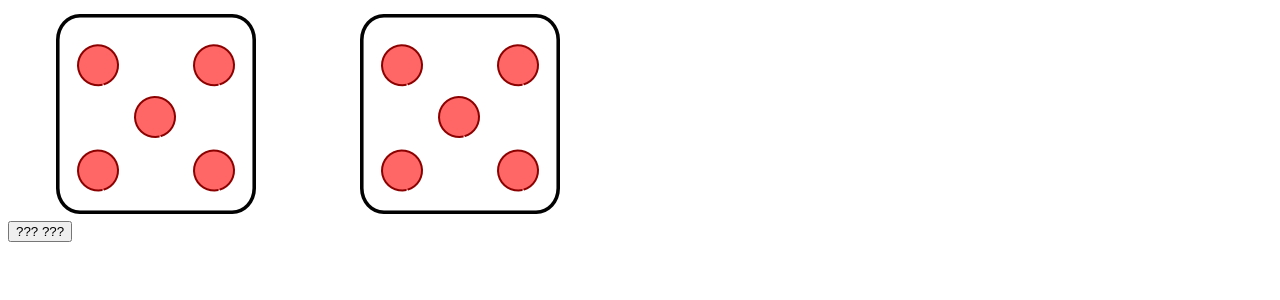
Repository: boseung2/Study-JSP
Page: http://localhost/MyWebSite/Dice
The author's editor kept a copy of each file at every save. The page is drawn from the files as they stood at one save, then again after the next save.
The browser window is 1280 px wide. The pictures show the whole page.
The page is served by Tomcat 9.

Above is the page before, as saved 2021-01-20 03:53:15.
Console error (its wording comes from the project's code and is left out).

After the next save:
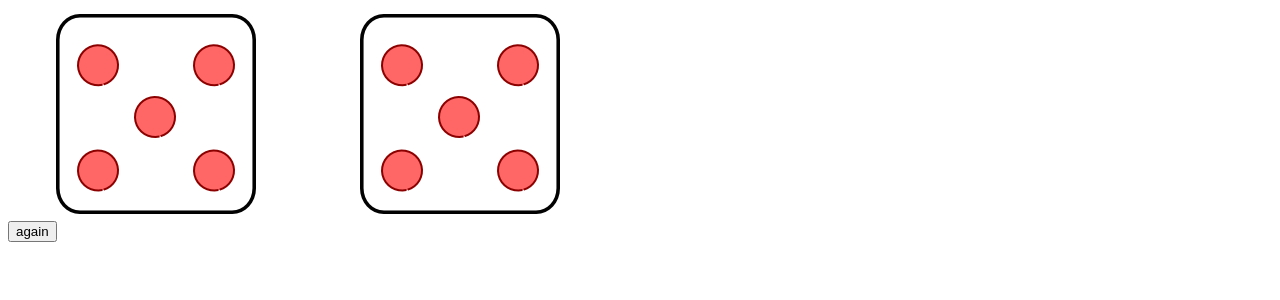
Saved 13 s later.
--- a/MyWebSite/src/com/codechobo/Dice.java
+++ b/MyWebSite/src/com/codechobo/Dice.java
@@ -33,7 +33,7 @@ public class Dice extends HttpServlet {
 				}
 			}
 		}
-		out.println("<button onclick=\"http://localhost/Dice\">주사위 굴리기</button>");
+		out.println("<button onclick=\"http://localhost/Dice\">again</button>");
 
 
 
